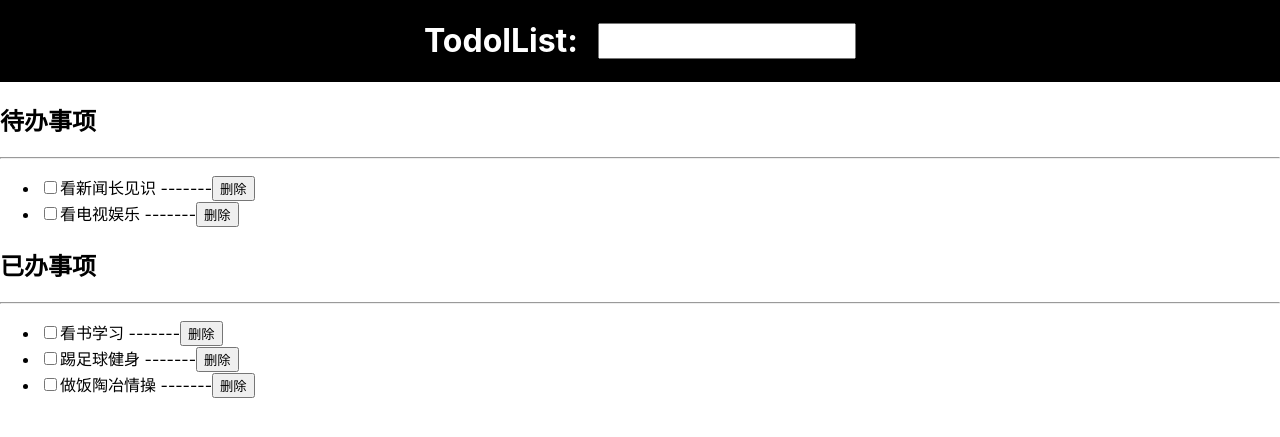
Repository: zhenzhen-gong/react-learning
Page: /
The author's editor kept a copy of each file at every save. The page is drawn from the files as they stood at one save, then again after the next save.
The browser window is 1280 px wide. The pictures show the whole page.
The project was rebuilt for these pictures with package versions that can differ from the ones it lists, and the page was loaded fresh each time.

Above is the page before, as saved 2021-04-16 21:22:59.

### src/index.js
import React from 'react';
import ReactDOM from 'react-dom';
import './index.css';
import TodolList from './component/todolList/todolList';
import reportWebVitals from './reportWebVitals';

ReactDOM.render(
    <TodolList />,
  document.getElementById('root')
);

// If you want to start measuring performance in your app, pass a function
// to log results (for example: reportWebVitals(console.log))
// or send to an analytics endpoint. Learn more: https://bit.ly/CRA-vitals
reportWebVitals();

### src/component/todolList/todolList.js
import React, {Component} from 'react'

import './todolList.css'

class TodolList extends Component {
    constructor(props) {
        super(props)
        this.state = {
            itemList: [
                {
                    title: '看书学习',
                    checked: true
                },
                {
                    title: '看新闻长见识',
                    checked: false
                },
                {
                    title: '踢足球健身',
                    checked: true
                },
                {
                    title: '看电视娱乐',
                    checked: false
                },
                {
                    title: '做饭陶冶情操',
                    checked: true
                }
            ]
        }
    }

    addItem = (e)=>{
       if(e.keyCode === 13) {
        let toolList = this.state.itemList
        toolList.push({
            title: e.target.value,
            checked: false
        })
         this.setState({
             itemList: toolList
         })
       }
    }
    doneItem = (key)=>{
        let toolList = this.state.itemList
        if(!toolList[key].checked) {
            toolList[key].checked = !toolList[key].checked
            this.setState({
                itemList: toolList
            })
        }
    }
    deleteItem = (key)=>{
        let toolList = this.state.itemList
        toolList.splice(key, 1)
        this.setState({
            itemList: toolList
        })
    }

    render() {
        return (
            <div>
                <div className="title">
                  <h1>TodolList: </h1>
                  <input type='text' onKeyUp={this.addItem}/>
                </div>
                <div>
                    <h2>待办事项</h2>
                    <hr />
                    <ul>
                        {
                            this.state.itemList.map((item, key) => {
                                if (!item.checked) {
                                 return <li key={key}>
                                     <input type="checkbox" checked={item.checked} onChange={this.doneItem.bind(this, key)}/>
                                     {item.title} -------<button onClick={this.deleteItem.bind(this, key)}>删除</button></li>
                                }
                            })
                        }
                    </ul>
                </div>
                <div>
                    <h2>已办事项</h2>
                    <hr />
                    <ul>
                        {
                            this.state.itemList.map((item, key) => {
                                if (item.checked) {
                                 return <li key={key}>
                                     <input type="checkbox" checked={!item.checked} onChange={this.doneItem.bind(this, key)} />
                                     {item.title} -------<button onClick={this.deleteItem.bind(this, key)}>删除</button></li>
                                }
                            })
                        }
                    </ul>
                </div>
            </div>
        )
    }
}

export default TodolList

### src/component/todolList/todolList.css
.title {
    background-color: black;
    display: flex;
    align-items: center;
    justify-content: center;
}
.title h1 {
    color: #fff;
    margin-right: 20px;
}
.title input {
    height: 30px;
    width: 250px;
}

### src/component/todolList/todolList.less
h2 {
    background-color: cadetblue;
}

Loaded but not shown: public/index.html (common file); src/index.css (common file); src/reportWebVitals.js (common file)

After the next save:
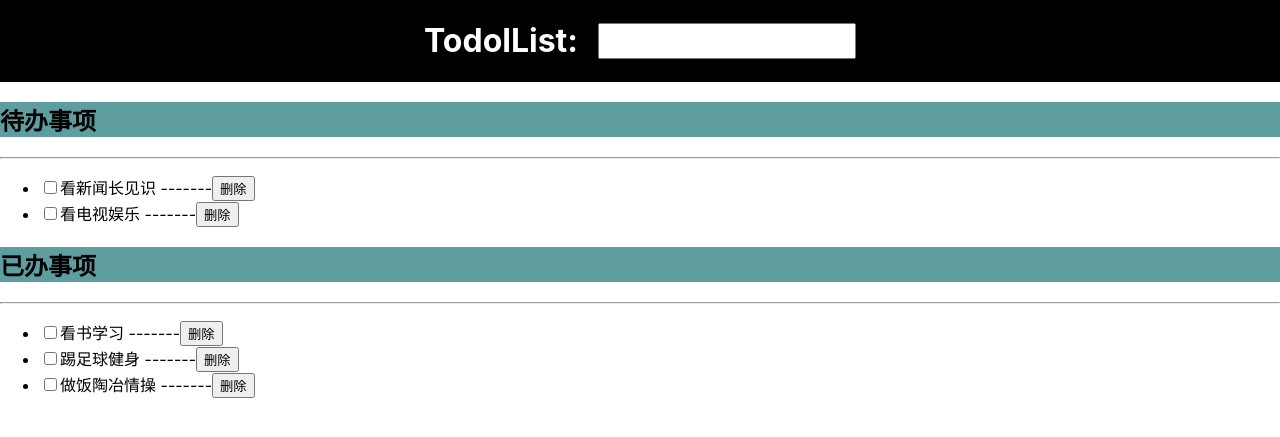
Saved 18 s later.
--- a/src/component/todolList/todolList.js
+++ b/src/component/todolList/todolList.js
@@ -1,6 +1,7 @@
 import React, {Component} from 'react'
 
 import './todolList.css'
+import './todolList.less'
 
 class TodolList extends Component {
     constructor(props) {

After the save that followed:
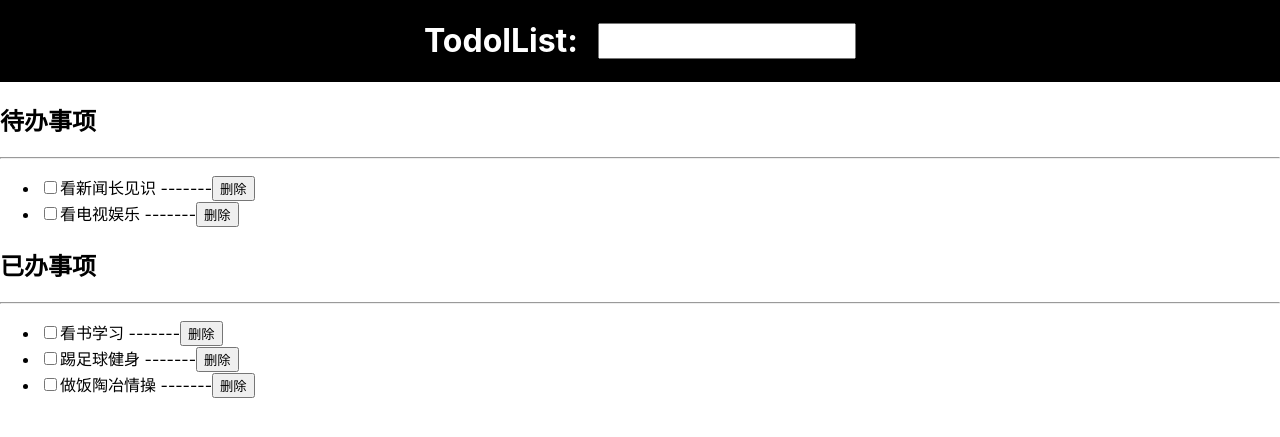
Saved 13 min 49 s later.
--- a/src/component/todolList/todolList.js
+++ b/src/component/todolList/todolList.js
@@ -1,7 +1,6 @@
 import React, {Component} from 'react'
 
 import './todolList.css'
-import './todolList.less'
 
 class TodolList extends Component {
     constructor(props) {
